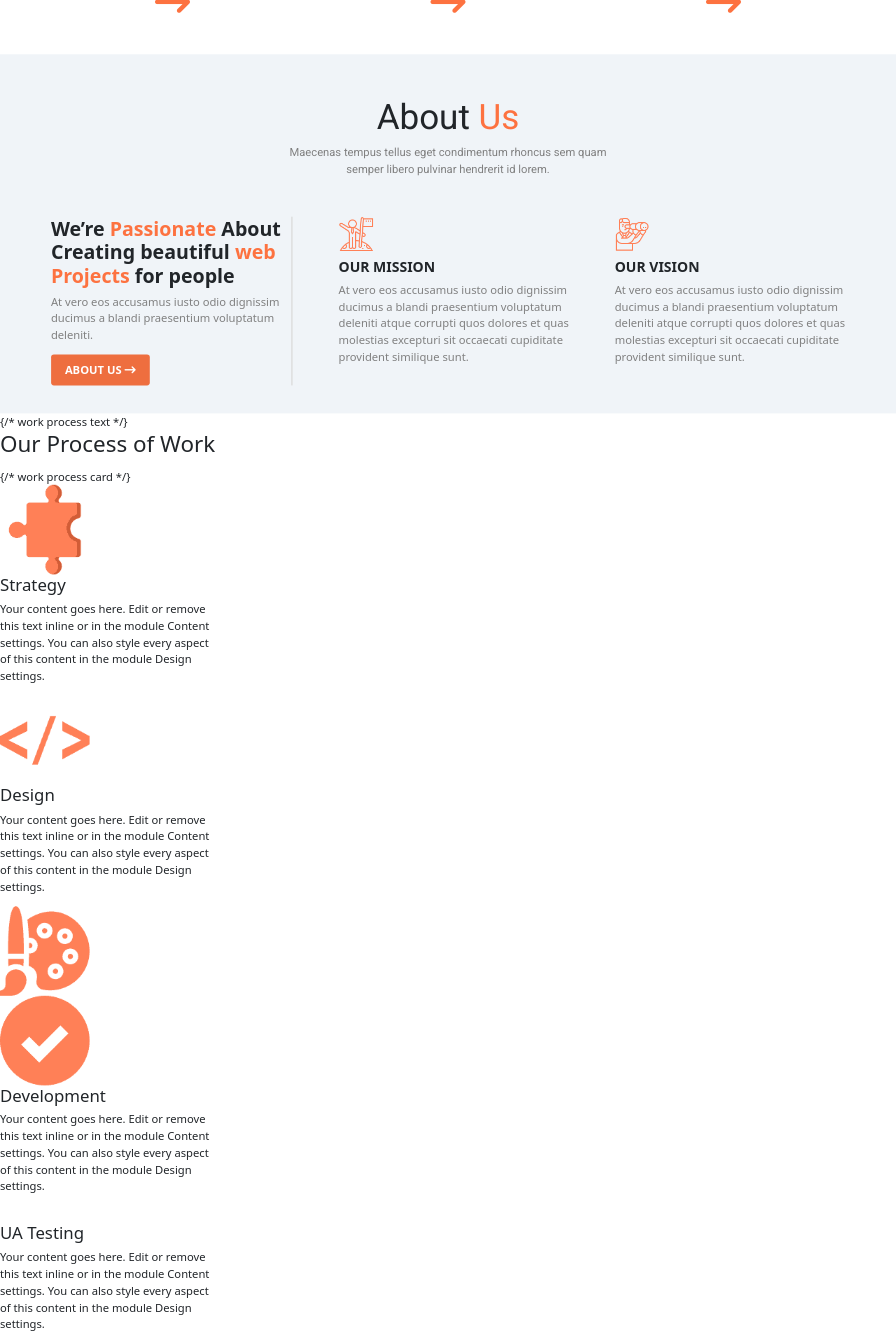
Repository: meherujjahan/Molti-website
Page: index.html
The author's editor kept a copy of each file at every save. The page is drawn from the files as they stood at one save, then again after the next save.
The browser window is 1280 px wide. The pictures show the part of the page from y = 1081 to 3001 px (the page is 3001 px tall before and 2977 px after), at 70% of full size.
Some web libraries are served in a nearby version.

Above is the page before, as saved 2022-03-08 19:50:26.
Not found: {design}

After the next save:
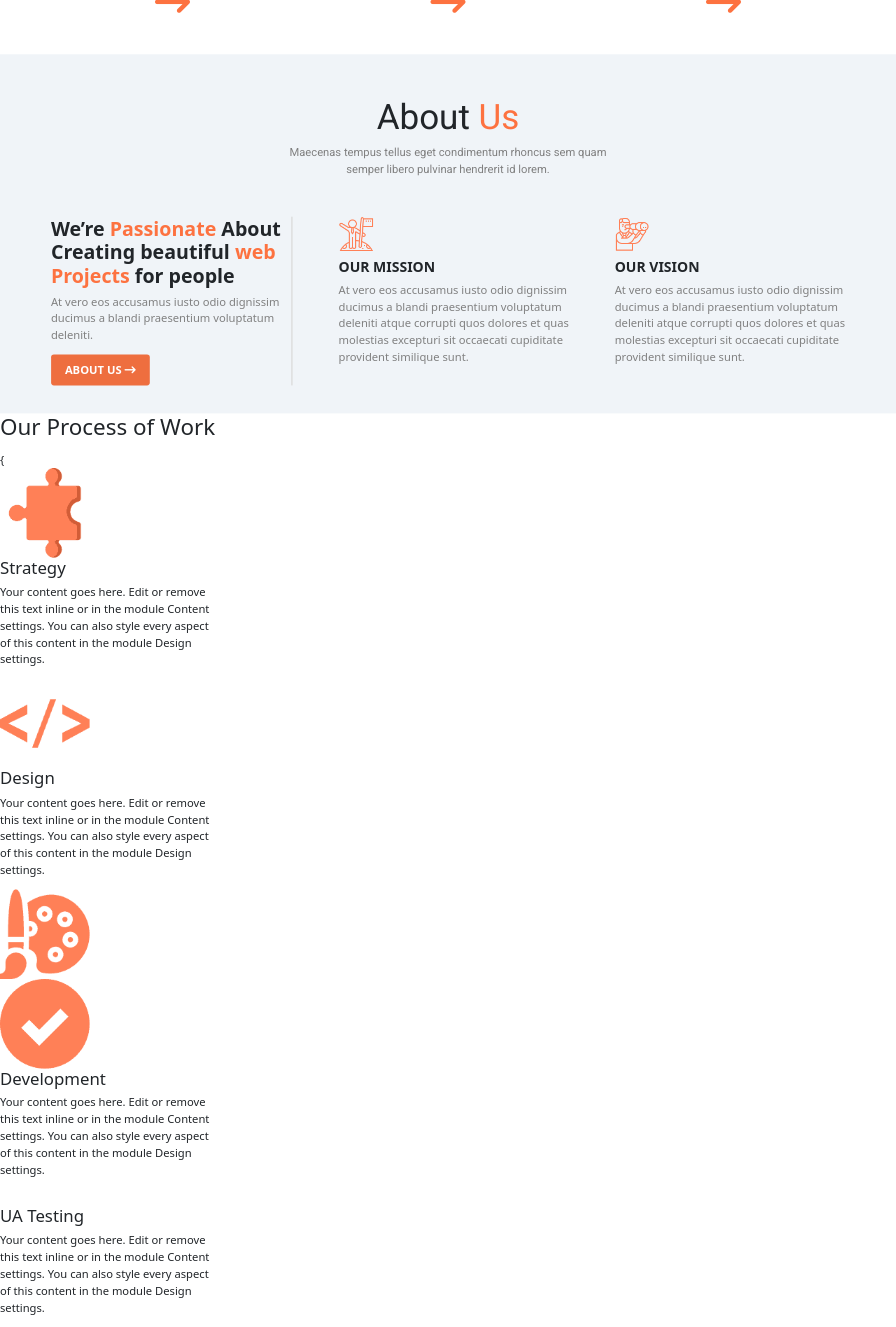
Saved 35 s later.
--- a/index.html
+++ b/index.html
@@ -329,13 +329,12 @@
       </section>
       <!-- WORK PROCESS SECTION -->
       <div class="work-process">
-        {/* work process text */}
         <div class="workProcess-text">
           <h2>Our Process of Work</h2>
           <p></p>
         </div>
 
-        {/* work process card */}
+        {
 
         <div class="WP-all-card">
           <div class="WP-card">
